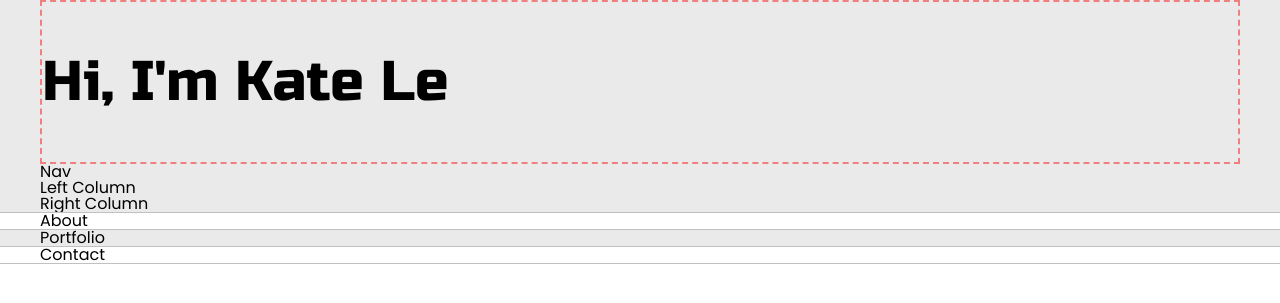
Repository: kate30980/my-persponal-website
Page: index.html
The author's editor kept a copy of each file at every save. The page is drawn from the files as they stood at one save, then again after the next save.
The browser window is 1280 px wide. The pictures show the whole page.

Above is the page before, as saved 2021-08-26 17:22:21.

### index.html
<!DOCTYPE html>
<html lang="en">

<head>
    <meta charset="UTF-8">
    <meta http-equiv="X-UA-Compatible" content="IE=edge">
    <meta name="viewport" content="width=device-width, initial-scale=1.0">
    <title>Kate Le</title>
    <link rel="preconnect" href="https://fonts.googleapis.com">
    <link rel="preconnect" href="https://fonts.gstatic.com" crossorigin>
    <link rel="preconnect" href="https://fonts.googleapis.com">
    <link rel="preconnect" href="https://fonts.gstatic.com" crossorigin>
    <link href="https://fonts.googleapis.com/css2?family=Poppins:wght@300;400;600;700&family=Russo+One&display=swap"
        rel="stylesheet">
    <link rel="stylesheet" href="reset.css">
    <link rel="stylesheet" href="main.css">
</head>

<body>

    <section class="s1">
        <div class="main-container">
            <div class="greeting-wrapper">
                <h1>Hi, I'm Kate Le</h1>
            </div>

            <div class="intro-wrapper">
                <div class="nav-wrapper">
                    Nav
                </div>
                <div class="left-column">
                    Left Column
                </div>
                <div class="right-column">
                    Right Column
                </div>
            </div>

        </div>
    </section>

    <section class="s2">
        <div class="main-container">
            About
        </div>
    </section>

    <section class="s1">
        <div class="main-container">
            Portfolio
        </div>
    </section>

    <section class="s2">
        <div class="main-container">
            Contact
        </div>
    </section>

</body>

</html>

### main.css
:root {
  --mainText: black;
  --secondaryText: #4b5156;

  --mainColor: #eaeaea;
  --secondaryColor: #fff;

  --borderColor: #c1c1c1;
}

html,
body {
  padding: 0;
  margin: 0;
  font-family: "Poppins", sans-serif;
}
h1,
h2,
h3,
h4,
h5,
h6,
strong {
  color: var(--mainText);
  font-family: "Russo One", sans-serif;
  font-weight: 500;
}

p,
li,
span,
label,
input,
textarea,
select {
  color: var(--secondaryText);
  font-family: "Poppins", sans-serif;
}
ul {
  list-style: none;
}

a {
  text-decoration: none;
  color: #17a2b8;
}

h1 {
  font-size: 56px;
}
h2 {
  font-size: 36px;
}
h3 {
  font-size: 28px;
}
h4 {
  font-size: 24px;
}
h5 {
  font-size: 20px;
}
h6 {
  font-size: 16px;
}

.s1 {
  background-color: var(--mainColor);
  border-bottom: 1px solid var(--borderColor);
  overflow: auto;
}
.s2 {
  background-color: var(--secondaryColor);
  border-bottom: 1px solid var(--borderColor);
  overflow: auto;
}
.main-container {
  width: 1200px;
  margin: 0 auto;
}
.greeting-wrapper {
  display: grid;
  text-align: ce;
  align-content: center;
  border: 2px dashed lightcoral;
  min-height: 10em;
}

@media screen and (max-width: 1200px) {
  .main-container {
    width: 95%;
  }
}

Loaded but not shown: reset.css (common file)

After the next save:
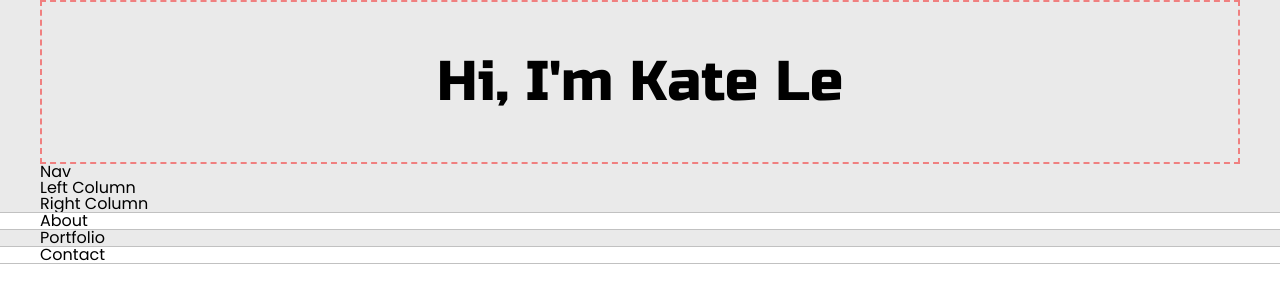
Saved 18 s later.
--- a/main.css
+++ b/main.css
@@ -80,7 +80,7 @@
 }
 .greeting-wrapper {
   display: grid;
-  text-align: ce;
+  text-align: center;
   align-content: center;
   border: 2px dashed lightcoral;
   min-height: 10em;
